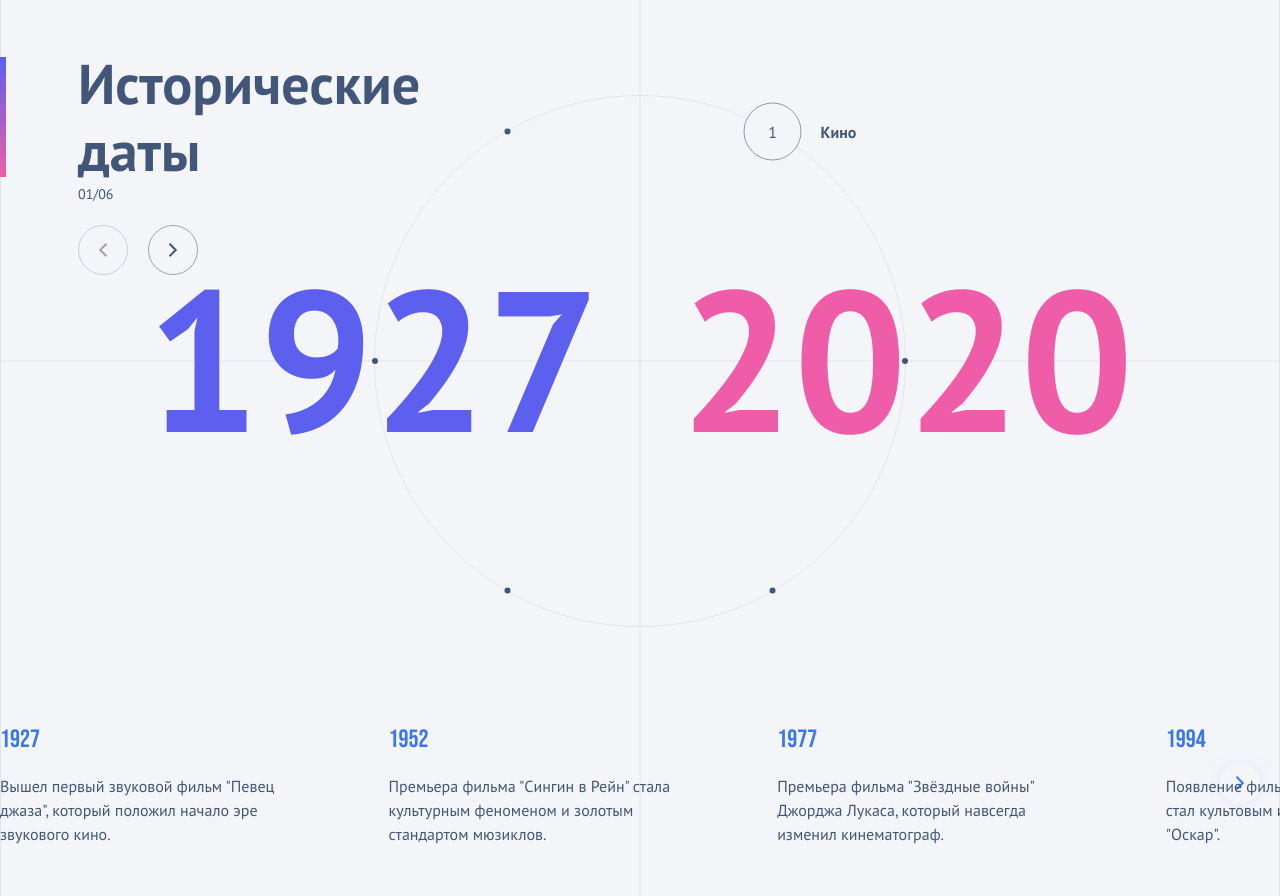
Repository: LenarTulupov/only
Page: /
The author's editor kept a copy of each file at every save. The page is drawn from the files as they stood at one save, then again after the next save.
The browser window is 1280 px wide. The pictures show the whole page.
The project was rebuilt for these pictures with package versions that can differ from the ones it lists, and the page was loaded fresh each time.

Above is the page before, as saved 2024-12-18 13:30:25.

After the next save:
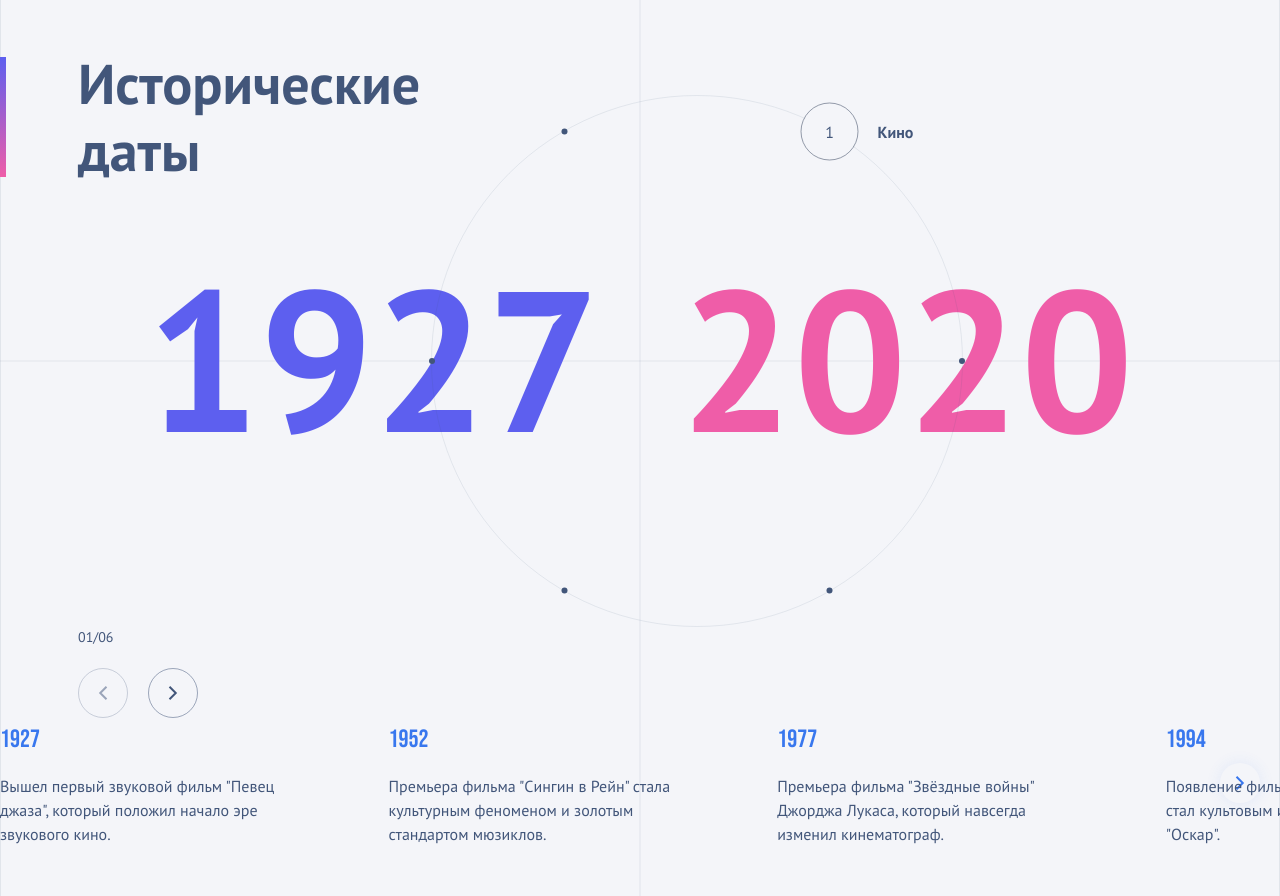
Saved 60 s later.
--- a/src/pages/home/history/history.module.scss
+++ b/src/pages/home/history/history.module.scss
@@ -26,10 +26,10 @@
   }
 }
 .circle {
-  position: absolute;
-  top: 0;
-  left: 50%;
-  transform: translate(-50%);
+  // position: absolute;
+  // top: 0;
+  // left: 50%;
+  // transform: translate(-50%);
   margin-top: 45px;
 }
 .divider_horizontal {
